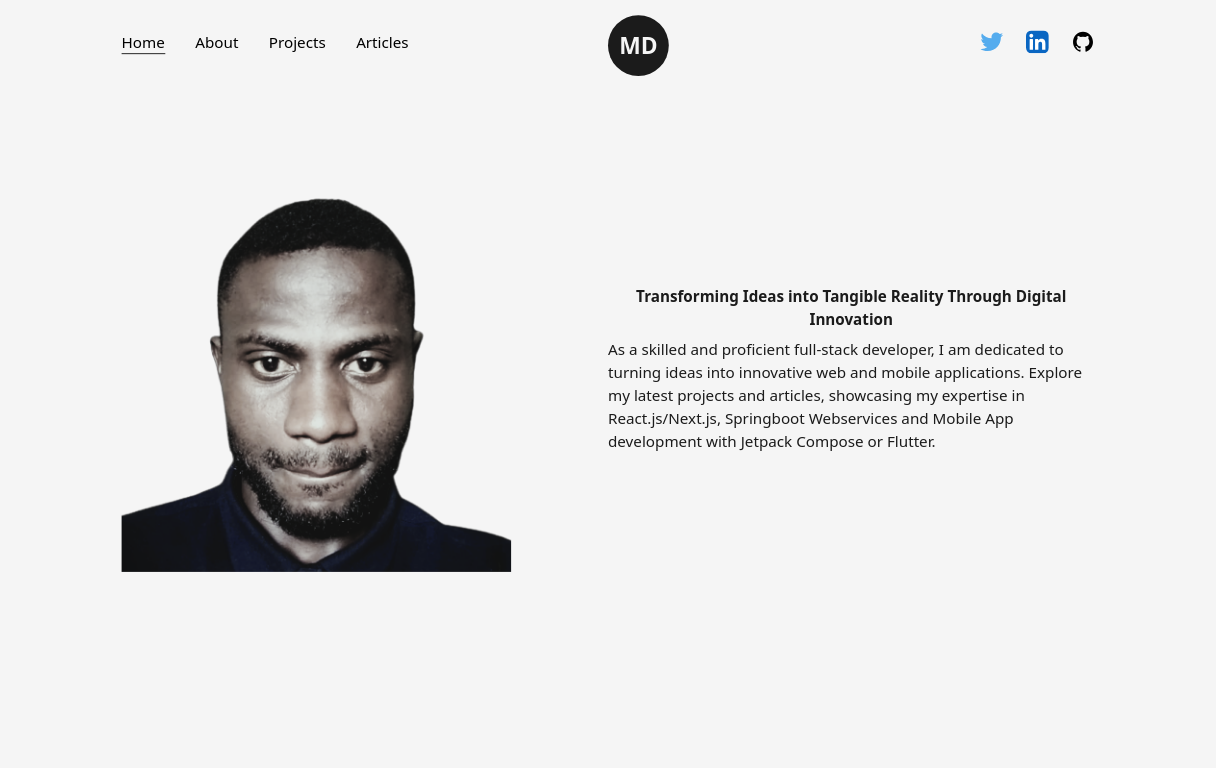
Repository: marcusdashe/situs
Page: /
The author's editor kept a copy of each file at every save. The page is drawn from the files as they stood at one save, then again after the next save.
The browser window is 1280 px wide. The pictures show the whole page, at 95% of full size.
The project was rebuilt for these pictures with package versions that can differ from the ones it lists, and the page was loaded fresh each time. The framework's server and built-in components were replaced by stand-ins that run in the browser.

Above is the page before, as saved 2023-06-15 17:43:49.

After the next save:
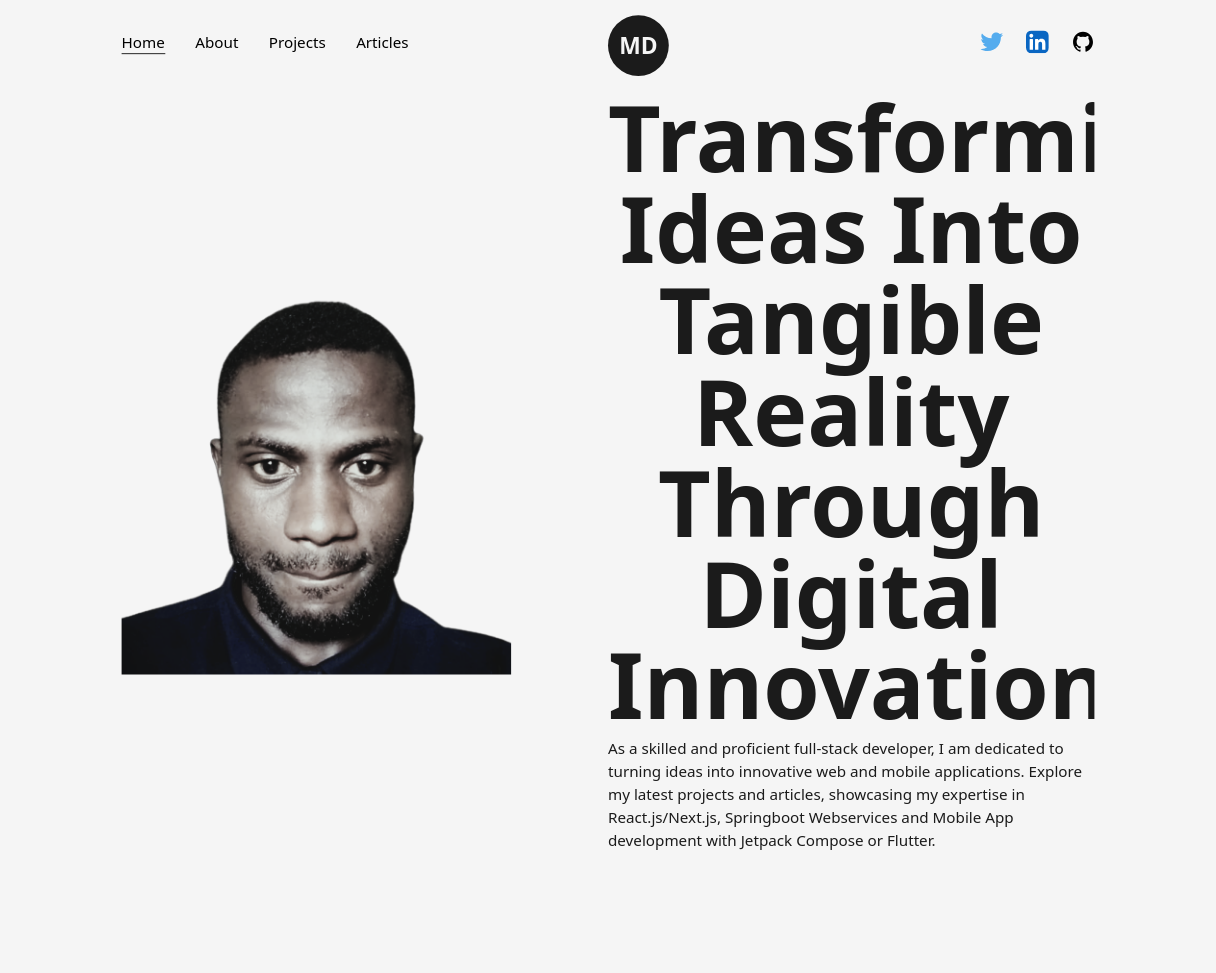
Saved 29 s later.
--- a/src/components/AnimatedText.jsx
+++ b/src/components/AnimatedText.jsx
@@ -3,7 +3,9 @@ import React from "react";
 const AnimatedText = ({ text, className = "" }) => {
   return (
     <div className="w-full mx-auto py-2 flex items-center justify-center text-center overflow-hidden ">
-      <h1 className={`inline-block w-full text-dark font-bold ${className}`}>
+      <h1
+        className={`inline-block w-full text-dark font-bold capitalize text-8xl ${className}`}
+      >
         {text}
       </h1>
     </div>
